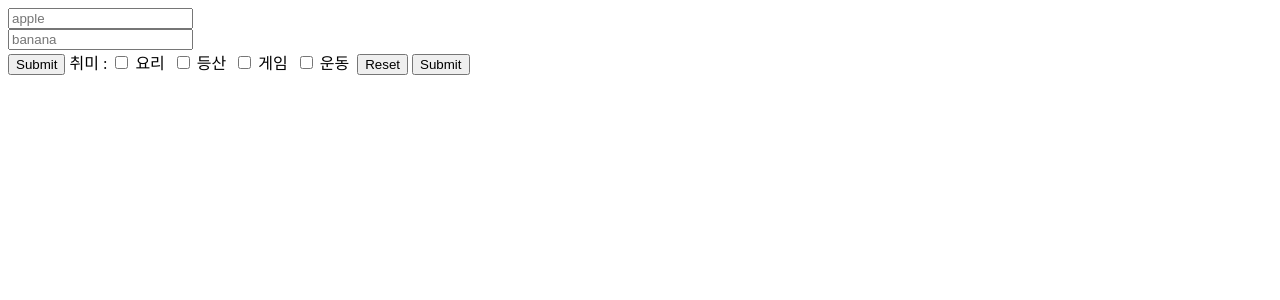
Repository: Kimhwawon/jsp_practice
Page: http://localhost/JSPBasic/JsObject/1.requests/req_param_send.jsp
The author's editor kept a copy of each file at every save. The page is drawn from the files as they stood at one save, then again after the next save.
The browser window is 1280 px wide. The pictures show the whole page.
The page is served by Tomcat 9.

Above is the page before, as saved 2022-02-03 06:09:27.

### JSPBasic/src/main/webapp/JsObject/1.requests/req_param_send.jsp
<%@ page language="java" contentType="text/html; charset=UTF-8"
    pageEncoding="UTF-8"%>
<!DOCTYPE html>
<html>
<head>
<meta charset="UTF-8">
<title>Insert title here</title>
</head>
<body>
	<%--아래에 form을 만들고 내부에 input 4개를 만들어주세요.
	input태그의 type속성은 하나는 text, 하나는 password
	name속성은 하나는 apple, 하나는 banana로 해 주세요.
	reset버튼과 submit 버튼도 각각 하나씩 만들어주세요.

	form의 action이 바로 목적지를 적는 부분임.
	웹개발에서는 받을 페이지 화면의 주소를 적어줍니다. --%>
	<form action="req_param_getpost.jsp" method="get">
		<input type = "text" name="apple" placeholder="apple"/> <br/>
		<input type = "password" name= "banana" placeholder= "banana"/> <br/>
		<input type = "submit"/>

		취미 :
		<input type = "checkbox" name= "hobby" > 요리&nbsp;
		<input type = "checkbox" name= "hobby" > 등산&nbsp;
		<input type = "checkbox" name= "hobby" > 게임&nbsp;
		<input type = "checkbox" name= "hobby" > 운동&nbsp;


	<input type = "reset"/>
	<input type = "submit"/>
	</form>

</body>
</html>

After the next save:
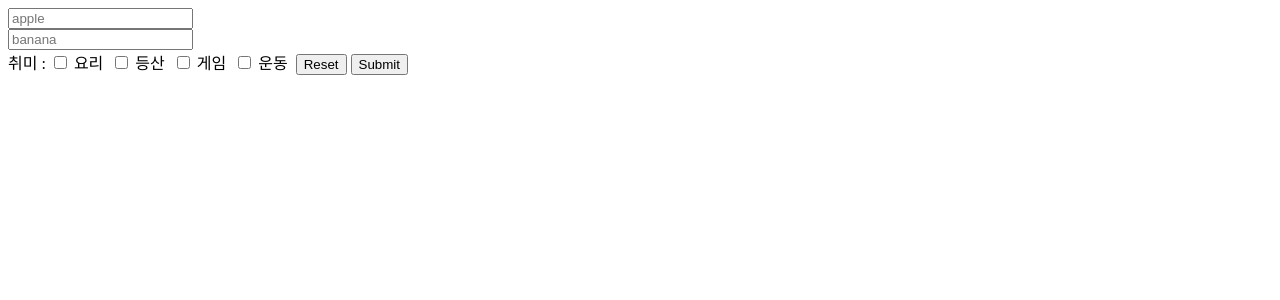
Saved 32 s later.
--- a/JSPBasic/src/main/webapp/JsObject/1.requests/req_param_send.jsp
+++ b/JSPBasic/src/main/webapp/JsObject/1.requests/req_param_send.jsp
@@ -17,7 +17,6 @@
 	<form action="req_param_getpost.jsp" method="get">
 		<input type = "text" name="apple" placeholder="apple"/> <br/>
 		<input type = "password" name= "banana" placeholder= "banana"/> <br/>
-		<input type = "submit"/>
 
 		취미 :
 		<input type = "checkbox" name= "hobby" > 요리&nbsp;
